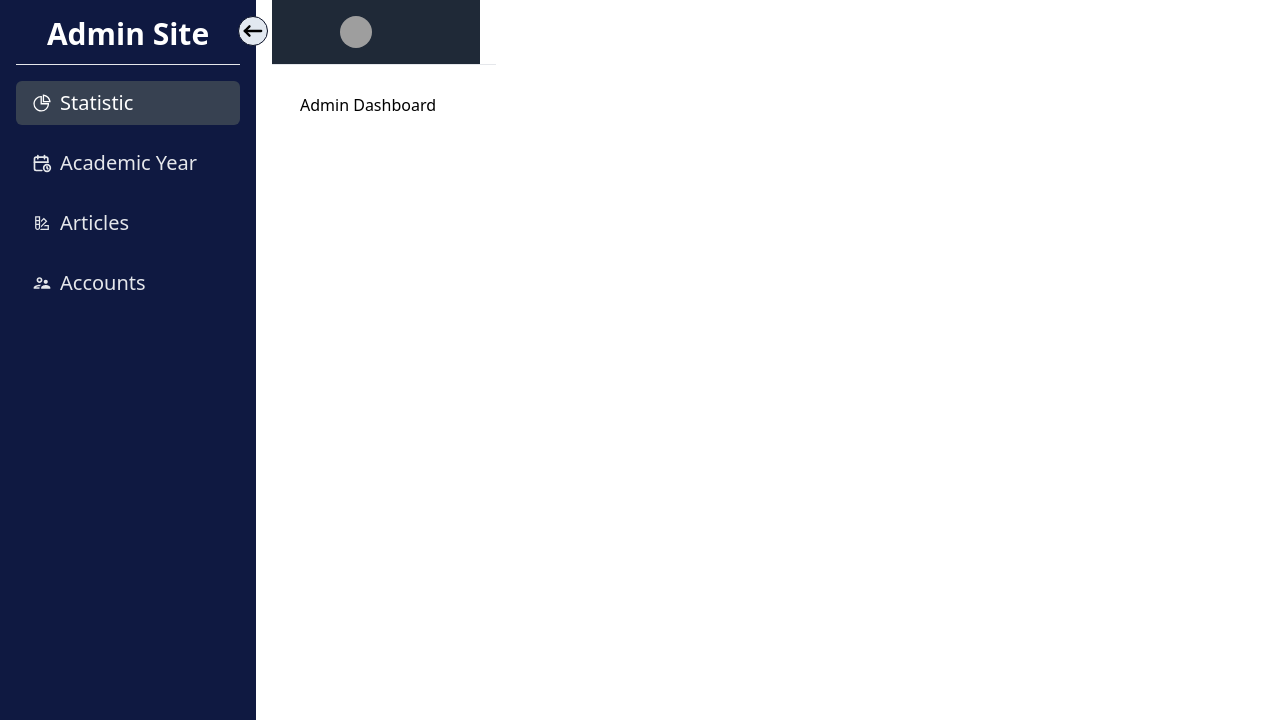
Repository: huynhvanngoan/COMP1640FE-Template
Page: /admin
An editor plug-in stored every save of this project. The page is shown before and after a run of saves, followed by the edit.
The browser window is 1280 px wide. The pictures show the whole page.
Pictures or frames that could not be fetched are drawn as grey boxes. The project was rebuilt for these pictures with package versions that can differ from the ones it lists, and the page was loaded fresh each time. Also part of the build but not shown: src/components/buttonStyles.js, src/pages/LoginPage.jsx, src/pages/student/StudentDashboard.jsx, src/pages/department/DepartmentDashboard.jsx, src/pages/marketing/MarketingDashboard.jsx, src/pages/guest/GuestDashboard.jsx.

Above is the page before, as saved 2024-03-24 07:42:33.

After the next 2 saves:
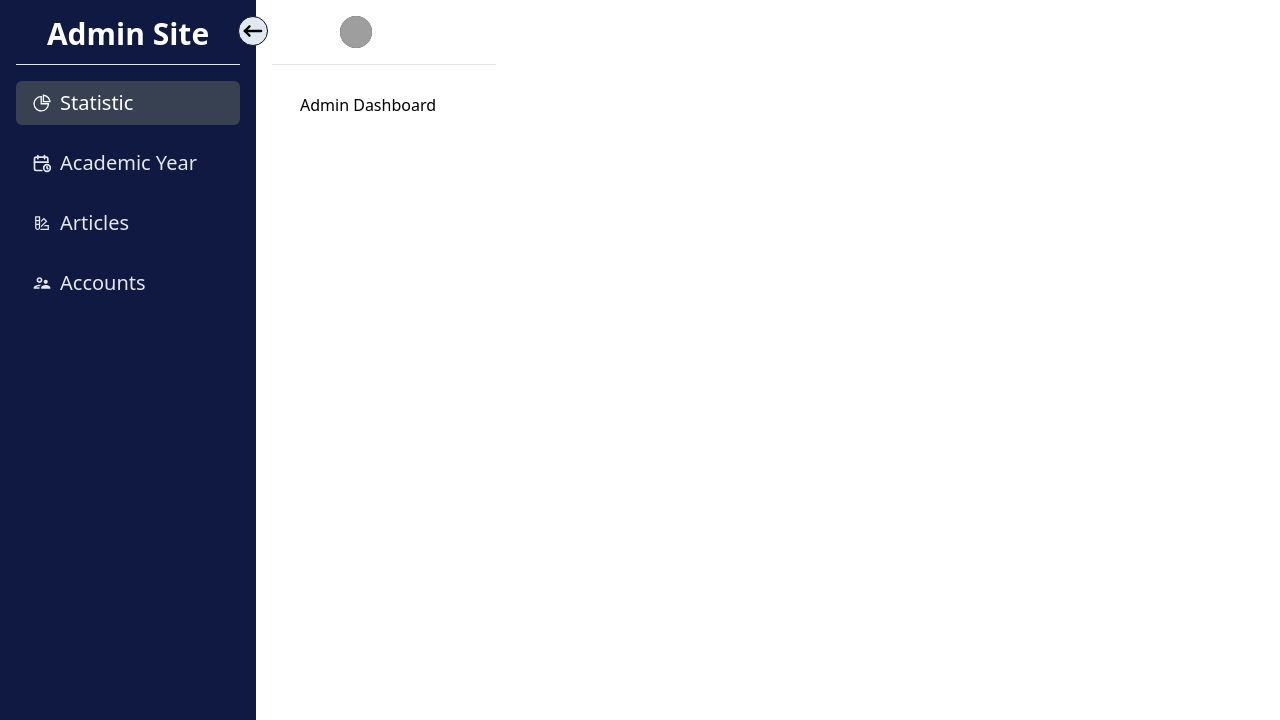
The 2 saves are shown as one change because they came seconds apart.
The last was saved 27 s later.
--- a/src/pages/admin/Header.js
+++ b/src/pages/admin/Header.js
@@ -7,7 +7,7 @@ function classNames(...classes) {
 
 export default function Header() {
   return (
-    <Disclosure as="nav" className="bg-gray-800 ml-4 right-0 w-7xl">
+    <Disclosure as="nav" className="h-bg-gray-800 ml-4 right-0 w-7xl">
       {({ open }) => (
         <>
           <div className="mx-auto max-w-full px-2 sm:px-6 lg:px-8">
